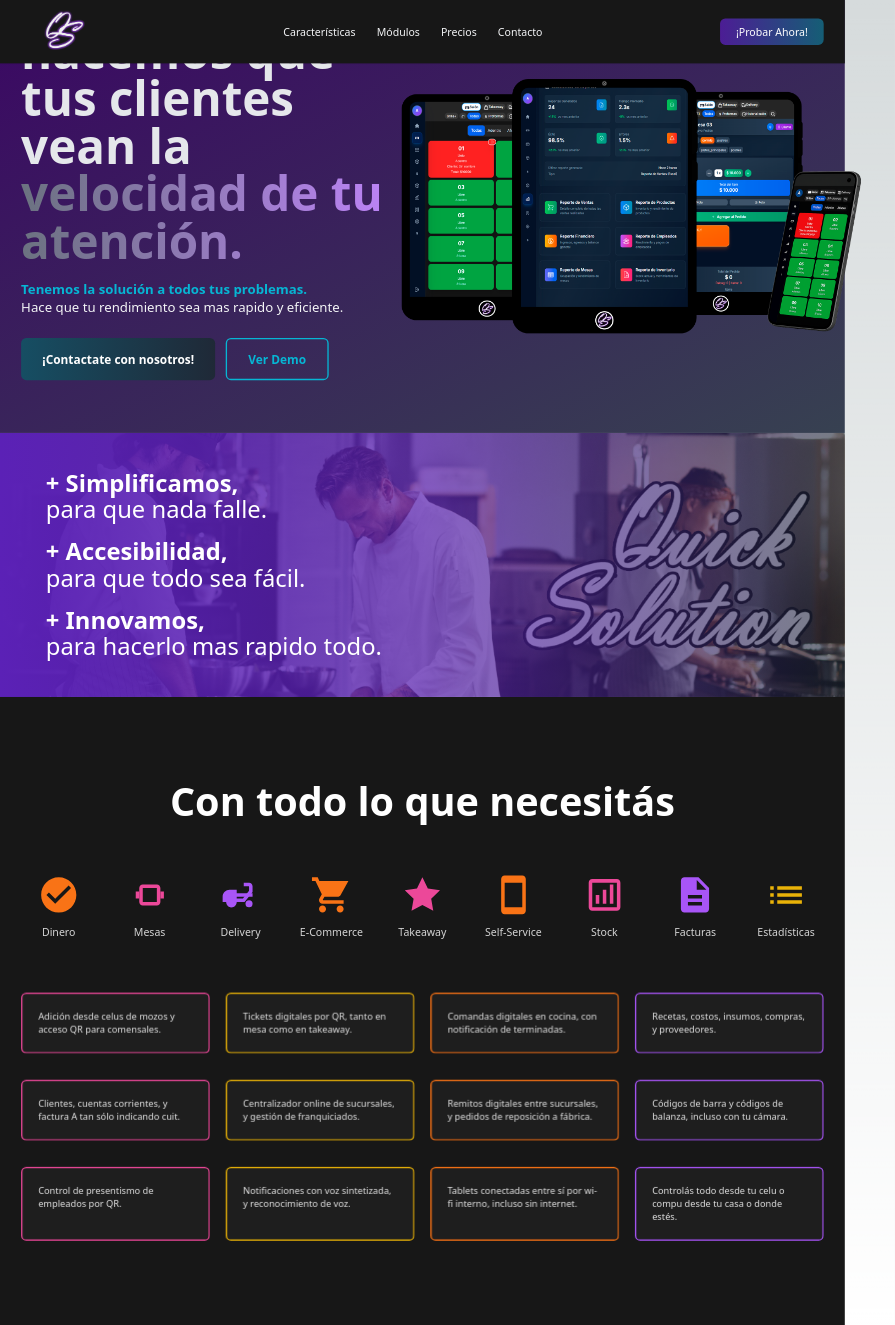
Repository: francoluca35/cmrestaurantes
Page: /
These files come from the project's save history. The page is drawn as it stood at one moment and after the next save; the edit follows.
The browser window is 1280 px wide. The page is 1356 px wide, so the pictures cover 1356 px, including what lies to the right of the window. The pictures show the whole page, at 66% of full size.
The project was rebuilt for these pictures with package versions that can differ from the ones it lists, and the page was loaded fresh each time. The framework's server and built-in components were replaced by stand-ins that run in the browser. Also part of the build but not shown: next.config.mjs.

Above is the page before, as saved 2025-08-24 01:40:12.

### src/app/page.js
import Image from 'next/image'
import Hero from '@/components/home/Hero'
import Navbar from '@/components/layout/Navbar'
import ChefSection from '@/components/home/ChefSection'

import FeaturesGrid from '@/components/Funcionalidades/FeaturesGrid'

export default function Home() {
  return (
    <main className="min-h-screen bg-white">
      <Navbar />

      <div className="relative">
        {/* Hero Section */}
        <Hero />

        {/* Chef Section */}
        <ChefSection />



        {/* Features Grid Section */}
        <FeaturesGrid />
      </div>
    </main>
  )
}

### src/components/home/Hero.js
import Image from 'next/image'

export default function Hero() {
  return (
    <section className="relative  py-20 px-4 sm:px-6 lg:px-8 bg-gradient-to-br from-purple-950 to-gray-700 z-10">
      <div className="max-w-7xl mx-auto">
        {/* Layout responsive */}
        <div className="flex -mt-10 flex-col xl:grid xl:grid-cols-2 gap-12 items-center">

          {/* Imagen arriba en mobile/tablet, derecha en desktop */}
          <div className="order-1 xl:order-2 flex justify-center items-center w-full">
            <div className="relative z-20 w-full flex justify-center">

              {/* Imagen para Tablet/Mobile - Hidden en Desktop */}
              <Image
                src="/Assets/FONDOOFICIAL.png"
                alt="Pantalla principal del sistema"
                width={800}
                height={800}
                className="w-full sm:w-full xl:hidden h-auto object-contain"
                priority
              />

              {/* Imagen para Desktop - Hidden en Tablet/Mobile */}
              <Image
                src="/Assets/FONDOOFICIAL.png"
                alt="Pantalla principal del sistema"
                width={800}
                height={800}
                className="hidden xl:block  max-w-[4000px] h-auto object-contain"
                priority
              />

            </div>
          </div>

          {/* Texto abajo en mobile/tablet, izquierda en desktop */}
          <div className="order-2 xl:order-1 text-center xl:text-left">
            <h1 className="text-4xl md:text-6xl lg:text-7xl font-bold text-gray-200 mb-6 leading-tight">
            hacemos que tus clientes vean la
              <span className="block text-transparent bg-clip-text bg-gradient-to-r from-gray-500 to-purple-400">

              </span>
              <span className="block text-transparent bg-clip-text bg-gradient-to-r from-gray-500 to-purple-400">
             velocidad de tu atención.
              </span>
            </h1>

            <div className="space-y-4 mb-8">
              <p className="text-lg md:text-xl text-gray-100">
                <span className="font-semibold text-cyan-500">Tenemos la solución a todos tus problemas. </span><br />
               Hace que tu rendimiento sea mas rapido y eficiente.
              </p>

            </div>

            <div className="flex flex-col sm:flex-row gap-4 justify-center xl:justify-start">
              <button className="bg-gradient-to-r from-cyan-900 to-gray-800 text-white px-8 py-4 rounded-lg text-lg font-semibold hover:shadow-xl transition-all duration-200 transform hover:scale-105">
                ¡Contactate con nosotros!
              </button>
              <button className="border-2 border-cyan-500 text-cyan-500 px-8 py-4 rounded-lg text-lg font-semibold hover:bg-gray-800 transition-colors">
                Ver Demo
              </button>
            </div>
          </div>

        </div>
      </div>
    </section>

  )
}

### src/components/layout/Navbar.js
import Image from 'next/image'
import Link from 'next/link'

export default function Navbar() {
  return (
    <header className="fixed top-0 left-0 right-0 z-50 bg-neutral-900 shadow-sm">
      <div className="max-w-7xl mx-auto px-4 sm:px-6 lg:px-8">
        <div className="flex justify-between items-center py-4">
          <div className="flex items-center">
            <div className="w-32 h-16 flex items-center justify-center">
              <Image
                src="/Assets/logo-sletra.png"
                alt="CM Restaurantes Logo"
                width={400}
                height={400}
                className="w-full h-full object-contain"
              />
            </div>

          </div>

          {/* Navigation - Hidden on mobile, visible on tablet and desktop */}
          <nav className="hidden sm:flex space-x-4 md:space-x-8">
            <a href="#caracteristicas" className="text-gray-100 hover:text-violet-500 transition-colors text-sm md:text-base">Características</a>
            <a href="#modulos" className="text-gray-100 hover:text-violet-500 transition-colors text-sm md:text-base">Módulos</a>
            <a href="#precios" className="text-gray-100 hover:text-violet-500 transition-colors text-sm md:text-base">Precios</a>
            <a href="#contacto" className="text-gray-100 hover:text-violet-500 transition-colors text-sm md:text-base">Contacto</a>
          </nav>

          {/* Button - Responsive sizing */}
          <button className="bg-gradient-to-r from-violet-900 to-cyan-800 text-white px-4 py-2 md:px-6 md:py-2 rounded-lg hover:shadow-lg transition-shadow text-sm md:text-base">
            ¡Probar Ahora!
          </button>
        </div>
      </div>
    </header>
  )
}

### src/components/home/ChefSection.js
import Image from "next/image"

export default function ChefSection() {
  return (
    <section className="relative overflow-visible h-[400px] ">
                    {/* Fondo con imagen */}
       <div className="absolute inset-0 bg-cover bg-center"
         style={{
           backgroundImage: "url('/Assets/fondo-interludio.jpg')"
         }}
       ></div>

       {/* Gradiente que difumina del color sólido hacia la imagen */}
       <div className="absolute inset-0 bg-gradient-to-r from-violet-800 via-violet-800/70 to-gray-800/60"></div>

             <div className="relative max-w-7xl mx-auto px-6 lg:px-8 h-full flex items-center">
         <div className="grid lg:grid-cols-2 gap-12 items-center w-full">

           {/* Lado izquierdo con color sólido */}
           <div className="h-full flex items-center justify-center">
             <div className="text-white text-center lg:text-left space-y-6">
               <h2 className="text-3xl md:text-4xl font-bold leading-tight">
                 + <span className="text-white">Simplificamos,</span><br />
                 <span className="font-normal">para que nada falle.</span>
               </h2>
               <h2 className="text-3xl md:text-4xl font-bold leading-tight">
                 + <span className="text-white">Accesibilidad,</span><br />
                 <span className="font-normal">para que todo sea fácil.</span>
               </h2>
               <h2 className="text-3xl md:text-4xl font-bold leading-tight">
                 + <span className="text-white">Innovamos,</span><br />
                 <span className="font-normal">para hacerlo mas rapido todo.</span>
               </h2>
             </div>
           </div>


         </div>
       </div>
    </section>
  )
}

### src/components/Funcionalidades/FeaturesGrid.js
export default function FeaturesGrid() {
  const featureCategories = [
    {
      name: "dinero",
      icon: (
        <svg className="w-full h-full" fill="currentColor" viewBox="0 0 24 24">
          <path d="M12 2C6.48 2 2 6.48 2 12s4.48 10 10 10 10-4.48 10-10S17.52 2 12 2zm-2 15l-5-5 1.41-1.41L10 14.17l7.59-7.59L19 8l-9 9z"/>
        </svg>
      ),
      color: "text-orange-500"
    },
    {
      name: "mesas",
      icon: (
        <svg className="w-full h-full" fill="currentColor" viewBox="0 0 24 24">
          <path d="M8 6h8c1.1 0 2 .9 2 2v8c0 1.1-.9 2-2 2H8c-1.1 0-2-.9-2-2V8c0-1.1.9-2 2-2zm0 2v8h8V8H8z"/>
          <path d="M4 10h2v4H4zm14 0h2v4h-2z"/>
        </svg>
      ),
      color: "text-pink-500"
    },
    {
      name: "delivery",
      icon: (
        <svg className="w-full h-full" fill="currentColor" viewBox="0 0 24 24">
          <path d="M19 7c0-1.1-.9-2-2-2h-3v2h3v2.65L13.52 14H10V9H6c-2.21 0-4 1.79-4 4v3h2c0 1.66 1.34 3 3 3s3-1.34 3-3h4.48L19 10.35V7zM7 17c-.55 0-1-.45-1-1h2c0 .55-.45 1-1 1z"/>
          <circle cx="7" cy="17" r="2"/>
          <circle cx="17" cy="17" r="2"/>
          <path d="M5 11h14v2H5z"/>
        </svg>
      ),
      color: "text-purple-500"
    },
    {
      name: "e-commerce",
      icon: (
        <svg className="w-full h-full" fill="currentColor" viewBox="0 0 24 24">
          <path d="M7 18c-1.1 0-1.99.9-1.99 2S5.9 22 7 22s2-.9 2-2-.9-2-2-2zM1 2v2h2l3.6 7.59-1.35 2.45c-.16.28-.25.61-.25.96 0 1.1.9 2 2 2h12v-2H7.42c-.14 0-.25-.11-.25-.25l.03-.12L8.1 13h7.45c.75 0 1.41-.41 1.75-1.03L21.7 4H5.21l-.94-2H1zm16 16c-1.1 0-1.99.9-1.99 2s.89 2 1.99 2 2-.9 2-2-.9-2-2-2z"/>
        </svg>
      ),
      color: "text-orange-500"
    },
    {
      name: "takeaway",
      icon: (
        <svg className="w-full h-full" fill="currentColor" viewBox="0 0 24 24">
          <path d="M12 2l3.09 6.26L22 9.27l-5 4.87 1.18 6.88L12 17.77l-6.18 3.25L7 14.14 2 9.27l6.91-1.01L12 2z"/>
        </svg>
      ),
      color: "text-pink-500"
    },
    {
      name: "self-service",
      icon: (
        <svg className="w-full h-full" fill="currentColor" viewBox="0 0 24 24">
          <path d="M17 1.01L7 1c-1.1 0-2 .9-2 2v18c0 1.1.9 2 2 2h10c1.1 0 2-.9 2-2V3c0-1.1-.9-1.99-2-1.99zM17 19H7V5h10v14z"/>
        </svg>
      ),
      color: "text-orange-500"
    },
    {
      name: "stock",
      icon: (
        <svg className="w-full h-full" fill="currentColor" viewBox="0 0 24 24">
          <path d="M19 3H5c-1.1 0-2 .9-2 2v14c0 1.1.9 2 2 2h14c1.1 0 2-.9 2-2V5c0-1.1-.9-2-2-2zm0 16H5V5h14v14z"/>
          <path d="M7 12h2v5H7zm4-3h2v8h-2zm4-3h2v11h-2z"/>
        </svg>
      ),
      color: "text-pink-500"
    },
    {
      name: "facturas",
      icon: (
        <svg className="w-full h-full" fill="currentColor" viewBox="0 0 24 24">
          <path d="M14 2H6c-1.1 0-1.99.9-1.99 2L4 20c0 1.1.89 2 1.99 2H18c1.1 0 2-.9 2-2V8l-6-6zm2 16H8v-2h8v2zm0-4H8v-2h8v2zm-3-5V3.5L18.5 9H13z"/>
        </svg>
      ),
      color: "text-purple-500"
    },
    {
      name: "estadísticas",
      icon: (
        <svg className="w-full h-full" fill="currentColor" viewBox="0 0 24 24">
          <path d="M3 13h2v-2H3v2zm0 4h2v-2H3v2zm0-8h2V7H3v2zm4 4h14v-2H7v2zm0 4h14v-2H7v2zM7 7v2h14V7H7z"/>
        </svg>
      ),
      color: "text-yellow-500"
    }
  ]

  const detailedFeatures = [
    [
      {
        text: "Adición desde celus de mozos y acceso QR para comensales.",
        borderColor: "border-pink-500"
      },
      {
        text: "Tickets digitales por QR, tanto en mesa como en takeaway.",
        borderColor: "border-yellow-500"
      },
      {
        text: "Comandas digitales en cocina, con notificación de terminadas.",
        borderColor: "border-orange-500"
      },
      {
        text: "Recetas, costos, insumos, compras, y proveedores.",
        borderColor: "border-purple-500"
      }
    ],
    [
      {
        text: "Clientes, cuentas corrientes, y factura A tan sólo indicando cuit.",
        borderColor: "border-pink-500"
      },
      {
        text: "Centralizador online de sucursales, y gestión de franquiciados.",
        borderColor: "border-yellow-500"
      },
      {
        text: "Remitos digitales entre sucursales, y pedidos de reposición a fábrica.",
        borderColor: "border-orange-500"
      },
      {
        text: "Códigos de barra y códigos de balanza, incluso con tu cámara.",
        borderColor: "border-purple-500"
      }
    ],
    [
      {
        text: "Control de presentismo de empleados por QR.",
        borderColor: "border-pink-500"
      },
      {
        text: "Notificaciones con voz sintetizada, y reconocimiento de voz.",
        borderColor: "border-yellow-500"
      },
      {
        text: "Tablets conectadas entre sí por wi-fi interno, incluso sin internet.",
        borderColor: "border-orange-500"
      },
      {
        text: "Controlás todo desde tu celu o compu desde tu casa o donde estés.",
        borderColor: "border-purple-500"
      }
    ]
  ]

  return (
    <section className="py-16 sm:py-20 md:py-24 lg:py-28 xl:py-32 bg-neutral-900">
      <div className="max-w-7xl mx-auto px-4 sm:px-6 lg:px-8">
        {/* Título */}
        <div className="text-center mb-12 sm:mb-16 lg:mb-20">
          <h2 className="text-3xl sm:text-4xl md:text-5xl lg:text-6xl font-bold text-white mb-4 sm:mb-6 leading-tight">
            Con todo lo que necesitás
          </h2>
        </div>

        {/* Categorías de funcionalidades */}
        <div className="grid grid-cols-3 sm:grid-cols-5 lg:grid-cols-9 gap-4 sm:gap-6 mb-12 sm:mb-16 lg:mb-20">
          {featureCategories.map((category, index) => (
            <div key={index} className="text-center group">
              <div className={`w-12 h-12 sm:w-14 sm:h-14 lg:w-16 lg:h-16 mx-auto mb-2 sm:mb-3 group-hover:scale-110 transition-transform duration-300 ${category.color}`}>
                {category.icon}
              </div>
              <p className="text-xs sm:text-sm lg:text-base text-neutral-300 font-medium capitalize">
                {category.name}
              </p>
            </div>
          ))}
        </div>

        {/* Descripciones detalladas */}
        <div className="space-y-6 sm:space-y-8 lg:space-y-10">
          {detailedFeatures.map((row, rowIndex) => (
            <div key={rowIndex} className="grid grid-cols-1 sm:grid-cols-2 lg:grid-cols-4 gap-4 sm:gap-6">
              {row.map((feature, featureIndex) => (
                <div
                  key={featureIndex}
                  className={`p-4 sm:p-6 lg:p-6 rounded-lg border-2 ${feature.borderColor} bg-neutral-800/50 backdrop-blur-sm hover:bg-neutral-800/70 transition-all duration-300 transform hover:-translate-y-1 hover:shadow-lg`}
                >
                  <p className="text-sm sm:text-base lg:text-sm text-neutral-200 leading-relaxed">
                    {feature.text}
                  </p>
                </div>
              ))}
            </div>
          ))}
        </div>

      </div>
    </section>
  )
}

Loaded but not shown: src/app/layout.js (common file); src/app/globals.css (common file); tailwind.config.js (common file)

After the next save:
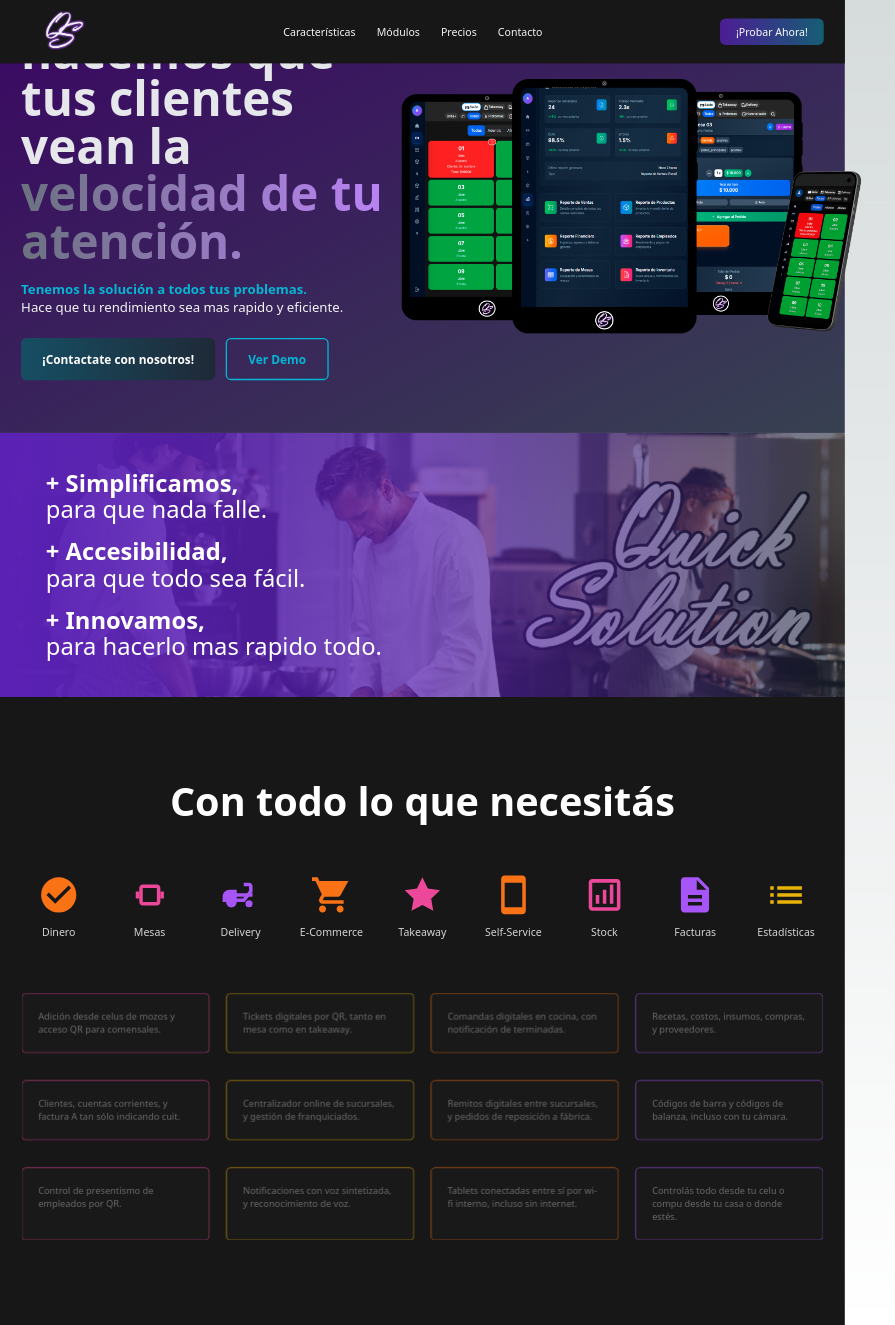
Saved 2 min 2 s later.
--- a/src/components/Funcionalidades/FeaturesGrid.js
+++ b/src/components/Funcionalidades/FeaturesGrid.js
@@ -1,4 +1,36 @@
+'use client'
+
+import { motion, useScroll, useTransform } from 'framer-motion'
+import { useRef } from 'react'
+
 export default function FeaturesGrid() {
+  const containerRef = useRef(null)
+  const { scrollYProgress } = useScroll({
+    target: containerRef,
+    offset: ["start end", "end start"]
+  })
+
+  // Animación para los iconos - aparecen en el medio del scroll y desaparecen al final
+  const iconOpacity = useTransform(
+    scrollYProgress,
+    [0, 0.3, 0.7, 1],
+    [0, 1, 1, 0]
+  )
+
+  // Animación para las descripciones - aparecen después de los iconos
+  const descriptionOpacity = useTransform(
+    scrollYProgress,
+    [0.2, 0.5, 0.8, 1],
+    [0, 1, 1, 0]
+  )
+
+  // Animación de escala para los iconos
+  const iconScale = useTransform(
+    scrollYProgress,
+    [0, 0.3, 0.7, 1],
+    [0.5, 1, 1, 0.5]
+  )
+
   const featureCategories = [
     {
       name: "dinero",
@@ -146,7 +178,7 @@
   ]
 
   return (
-    <section className="py-16 sm:py-20 md:py-24 lg:py-28 xl:py-32 bg-neutral-900">
+    <section ref={containerRef} className="py-16 sm:py-20 md:py-24 lg:py-28 xl:py-32 bg-neutral-900">
       <div className="max-w-7xl mx-auto px-4 sm:px-6 lg:px-8">
         {/* Título */}
         <div className="text-center mb-12 sm:mb-16 lg:mb-20">
@@ -156,36 +188,60 @@
         </div>
 
         {/* Categorías de funcionalidades */}
-        <div className="grid grid-cols-3 sm:grid-cols-5 lg:grid-cols-9 gap-4 sm:gap-6 mb-12 sm:mb-16 lg:mb-20">
+        <motion.div
+          style={{ opacity: iconOpacity, scale: iconScale }}
+          className="grid grid-cols-3 sm:grid-cols-5 lg:grid-cols-9 gap-4 sm:gap-6 mb-12 sm:mb-16 lg:mb-20"
+        >
           {featureCategories.map((category, index) => (
-            <div key={index} className="text-center group">
+            <motion.div
+              key={index}
+              className="text-center group"
+              initial={{ opacity: 0, y: 50 }}
+              whileInView={{ opacity: 1, y: 0 }}
+              transition={{ duration: 0.5, delay: index * 0.1 }}
+              viewport={{ once: true }}
+            >
               <div className={`w-12 h-12 sm:w-14 sm:h-14 lg:w-16 lg:h-16 mx-auto mb-2 sm:mb-3 group-hover:scale-110 transition-transform duration-300 ${category.color}`}>
                 {category.icon}
               </div>
               <p className="text-xs sm:text-sm lg:text-base text-neutral-300 font-medium capitalize">
                 {category.name}
               </p>
-            </div>
+            </motion.div>
           ))}
-        </div>
+        </motion.div>
 
         {/* Descripciones detalladas */}
-        <div className="space-y-6 sm:space-y-8 lg:space-y-10">
+        <motion.div
+          style={{ opacity: descriptionOpacity }}
+          className="space-y-6 sm:space-y-8 lg:space-y-10"
+        >
           {detailedFeatures.map((row, rowIndex) => (
-            <div key={rowIndex} className="grid grid-cols-1 sm:grid-cols-2 lg:grid-cols-4 gap-4 sm:gap-6">
+            <motion.div
+              key={rowIndex}
+              className="grid grid-cols-1 sm:grid-cols-2 lg:grid-cols-4 gap-4 sm:gap-6"
+              initial={{ opacity: 0, y: 30 }}
+              whileInView={{ opacity: 1, y: 0 }}
+              transition={{ duration: 0.6, delay: rowIndex * 0.2 }}
+              viewport={{ once: true }}
+            >
               {row.map((feature, featureIndex) => (
-                <div
+                <motion.div
                   key={featureIndex}
                   className={`p-4 sm:p-6 lg:p-6 rounded-lg border-2 ${feature.borderColor} bg-neutral-800/50 backdrop-blur-sm hover:bg-neutral-800/70 transition-all duration-300 transform hover:-translate-y-1 hover:shadow-lg`}
+                  initial={{ opacity: 0, scale: 0.8 }}
+                  whileInView={{ opacity: 1, scale: 1 }}
+                  transition={{ duration: 0.4, delay: featureIndex * 0.1 }}
+                  viewport={{ once: true }}
                 >
                   <p className="text-sm sm:text-base lg:text-sm text-neutral-200 leading-relaxed">
                     {feature.text}
                   </p>
-                </div>
+                </motion.div>
               ))}
-            </div>
+            </motion.div>
           ))}
-        </div>
+        </motion.div>
 
       </div>
     </section>
